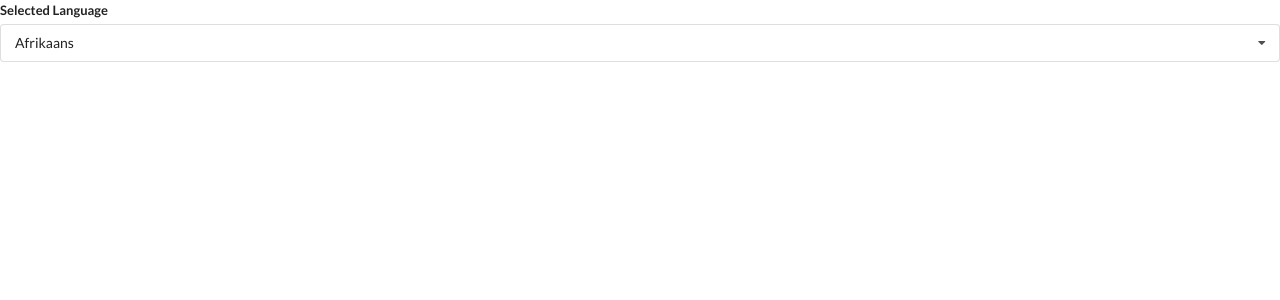
Repository: striver-69/Widjets-App
Page: /
The author's editor kept a copy of each file at every save. The page is drawn from the files as they stood at one save, then again after the next save.
The browser window is 1280 px wide. The pictures show the whole page.
The project was rebuilt for these pictures with package versions that can differ from the ones it lists, and the page was loaded fresh each time. Also part of the build but not shown: src/components/Accordion.js, src/components/Search.js.

Above is the page before, as saved 2021-03-04 18:11:21.

After the next save:
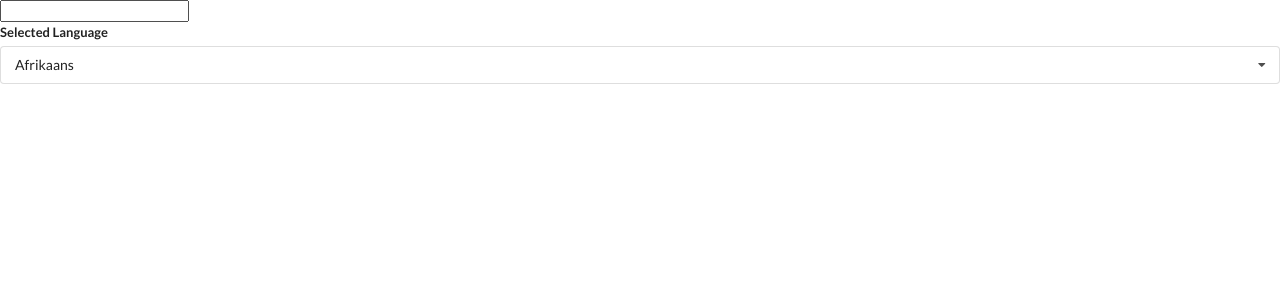
Saved 3 min 54 s later.
--- a/src/components/Translate.js
+++ b/src/components/Translate.js
@@ -18,9 +18,11 @@ const options=[
 
 const Translate=()=>{
   const [language,setLanguage]=useState(options[0])
+  const [text,setText]=useState('')
 
   return(
     <div>
+    <input value={text} onChange={(e)=>setText(e.target.value)}/>
       <Dropdown label={`Selected Language`} selected={language} onSelectedChange={setLanguage} options={options}/>
     </div>
   )
